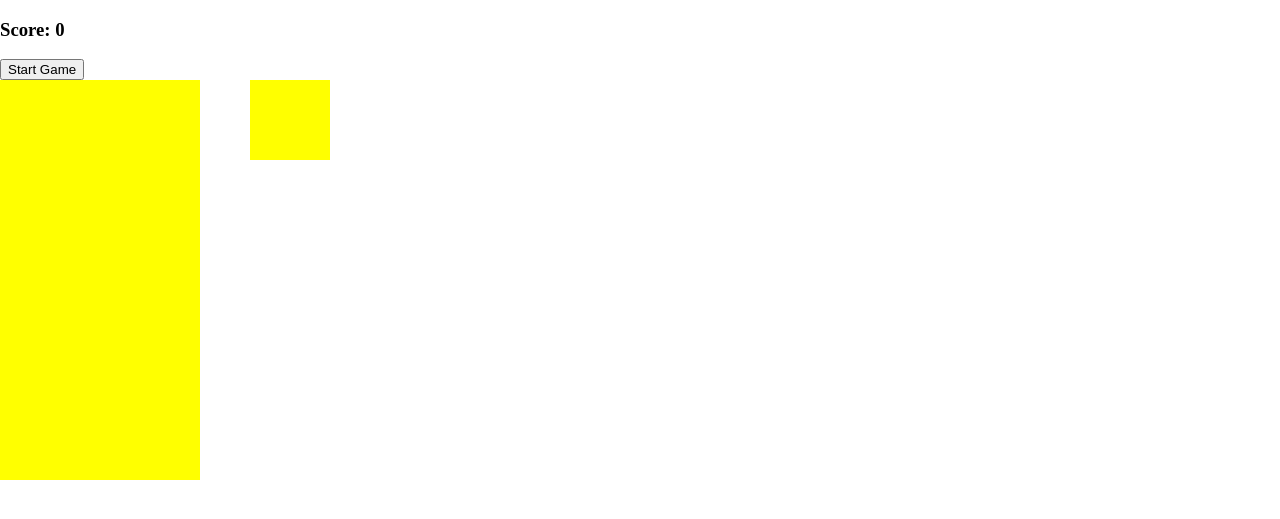
Repository: arkomz/INST377-Lab-Work
Page: client/tetris/index.html
The author's editor kept a copy of each file at every save. The page is drawn from the files as they stood at one save, then again after the next save.
The browser window is 1280 px wide. The pictures show the whole page.

Above is the page before, as saved 2021-10-06 19:17:37.
Console error: SyntaxError: Unexpected end of input

### client/tetris/index.html


<!DOCTYPE html>
<html lang="en" dir="ltr">
  <head>
    <meta charset="utf-8">
    <title>ES6 Tetris</title>
    <link rel="stylesheet" href="style.css">
    <script src="script.js" charset="utf-8"></script>
  </head>
  <body>
    <!-- Scoreboard -->
    <h3>Score: <span id="score">0</span></h3>

    <!-- Init Game Button -->
    <button id='start-button'>Start Game</button>

    <!-- Game Container -->
    <div class="container">
      <!-- Game grid -->
      <div class="grid"></div>

      <!-- Next Up Grid -->
      <div class="mini-grid"></div>
    </div>
  </body>
</html>

### client/tetris/style.css
body {
    margin: 0;
    height: 100%;
  }

  .container {
    display: flex;
    align-items: flex-start;
  }

  .grid {
    width: 200px;
    height: 400px;
    background: yellow;
    display: flex;
    flex-wrap: wrap;
  }

  .mini-grid {
    margin-left: 50px;
    width: 80px;
    height: 80px;
    background: yellow;
    display: flex;
    flex-wrap: wrap;
  }

  .grid > div,
  .mini-grid div {
    height: 20px;
    width: 20px;
  }

  .grid .tetromino,
  .mini-grid .tetromino {
    background: blue;
  }

### client/tetris/script.js
document.addEventListener('DOMContentLoaded', () => {
    const grid = document.querySelector('.grid')
    let squares = Array.from(document.querySelectorAll('.grid div'))
    const scoreDisplay = document.querySelector('#score')
    const startBtn = document.querySelector('#start-button')
    const width = 10
    let nextRandom = 0
    let timerId
    let score = 0
    const colors = [
      'orange',
      'red',
      'purple',
      'green',
      'blue'
    ]

    //The Tetrominoes
    const lTetromino = [
      [1, width+1, width*2+1, 2],
      [width, width+1, width+2, width*2+2],
      [1, width+1, width*2+1, width*2],
      [width, width*2, width*2+1, width*2+2]
    ]

    const zTetromino = [
      [0,width,width+1,width*2+1],
      [width+1, width+2,width*2,width*2+1],
      [0,width,width+1,width*2+1],
      [width+1, width+2,width*2,width*2+1]
    ]

    const tTetromino = [
      [1,width,width+1,width+2],
      [1,width+1,width+2,width*2+1],
      [width,width+1,width+2,width*2+1],
      [1,width,width+1,width*2+1]
    ]

    const oTetromino = [
      [0,1,width,width+1],
      [0,1,width,width+1],
      [0,1,width,width+1],
      [0,1,width,width+1]
    ]

    const iTetromino = [
      [1,width+1,width*2+1,width*3+1],
      [width,width+1,width+2,width+3],
      [1,width+1,width*2+1,width*3+1],
      [width,width+1,width+2,width+3]
    ]
    const theTetrominoes = [lTetromino, zTetromino, tTetromino, oTetromino, iTetromino]

    let currentPosition = 4
    let currentRotation = 0

    console.log(theTetrominoes[0][0])

    //randomly select a Tetromino and its first rotation
    let random = Math.floor(Math.random()*theTetrominoes.length)
    let current = theTetrominoes[random][currentRotation]

    //draw the Tetromino
    function draw() {
      current.forEach(index => {
        squares[currentPosition + index].classList.add('tetromino')
        squares[currentPosition + index].style.backgroundColor = colors[random]
      })
    }

    function undraw() {
        current.forEach(index => {
          squares[currentPosition + index].classList.remove('tetromino')
          squares[currentPosition + index].style.backgroundColor = ''

        })
      }

      //assign functions to keyCodes
      function control(e) {
        if(e.keyCode === 37) {
          moveLeft()
        } else if (e.keyCode === 38) {
          rotate()
        } else if (e.keyCode === 39) {
          moveRight()
        } else if (e.keyCode === 40) {
          moveDown()
        }
      }
      document.addEventListener('keyup', control)

      //move down function
      function moveDown() {
        undraw()
        currentPosition += width
        draw()
        freeze()
      }

      //freeze function
      function freeze() {
        if(current.some(index => squares[currentPosition + index + width].classList.contains('taken'))) {
          current.forEach(index => squares[currentPosition + index].classList.add('taken'))
          //start a new tetromino falling
          random = nextRandom
          nextRandom = Math.floor(Math.random() * theTetrominoes.length)
          current = theTetrominoes[random][currentRotation]
          currentPosition = 4
          draw()
          displayShape()
          addScore()
          gameOver()
        }

After the next save:
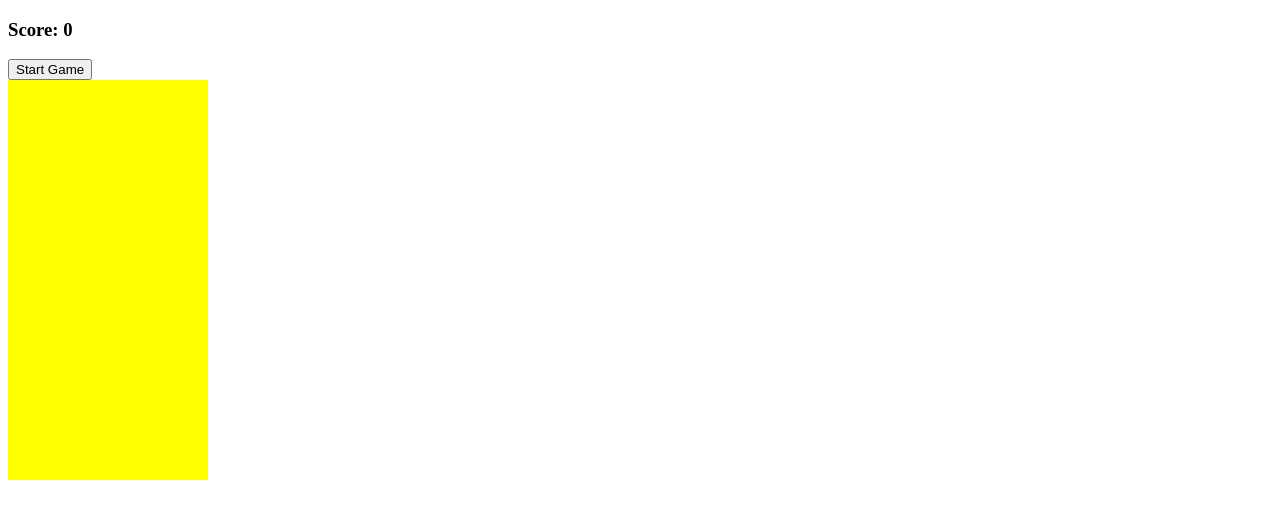
Saved 107 min 49 s later.
--- a/client/tetris/style.css
+++ b/client/tetris/style.css
@@ -1,37 +1,21 @@
-body {
-    margin: 0;
-    height: 100%;
+.container {
+    display: flex;
   }
 
-  .container {
-    display: flex;
-    align-items: flex-start;
-  }
 
   .grid {
     width: 200px;
     height: 400px;
-    background: yellow;
     display: flex;
     flex-wrap: wrap;
+    background-color: yellow;
   }
 
-  .mini-grid {
-    margin-left: 50px;
-    width: 80px;
-    height: 80px;
-    background: yellow;
-    display: flex;
-    flex-wrap: wrap;
-  }
-
-  .grid > div,
-  .mini-grid div {
+  .grid div {
     height: 20px;
     width: 20px;
   }
 
-  .grid .tetromino,
-  .mini-grid .tetromino {
-    background: blue;
+  .tetromino {
+    background-color: blue;
   }
